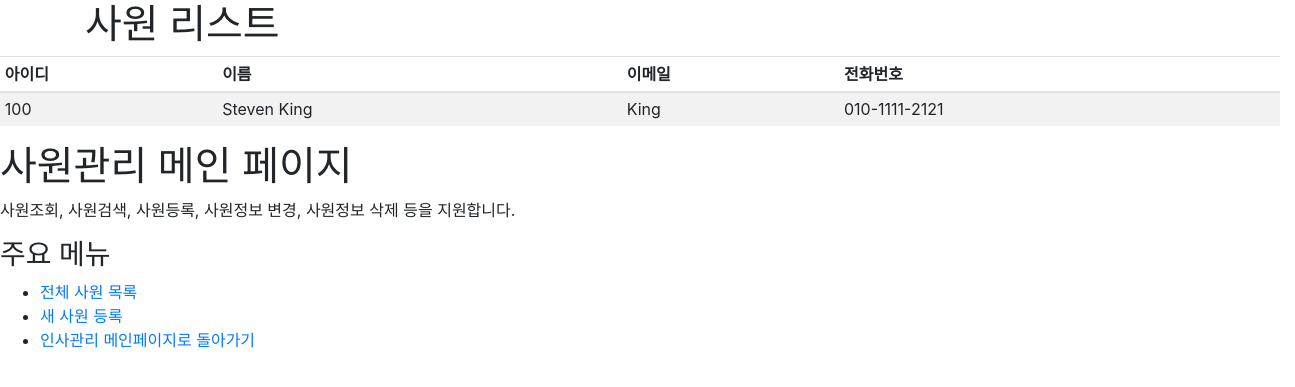
Repository: onuo77/ja_HTA
Page: http://localhost/sample/hr/emp/main.jsp
The author's editor kept a copy of each file at every save. The page is drawn from the files as they stood at one save, then again after the next save.
The browser window is 1280 px wide. The page is 1295 px wide, then 1280 px, so the pictures cover 1295 px, including what lies to the right of the window. The pictures show the whole page.
The page is served by Tomcat 9.

Above is the page before, as saved 2021-05-24 06:12:59.

After the next save:
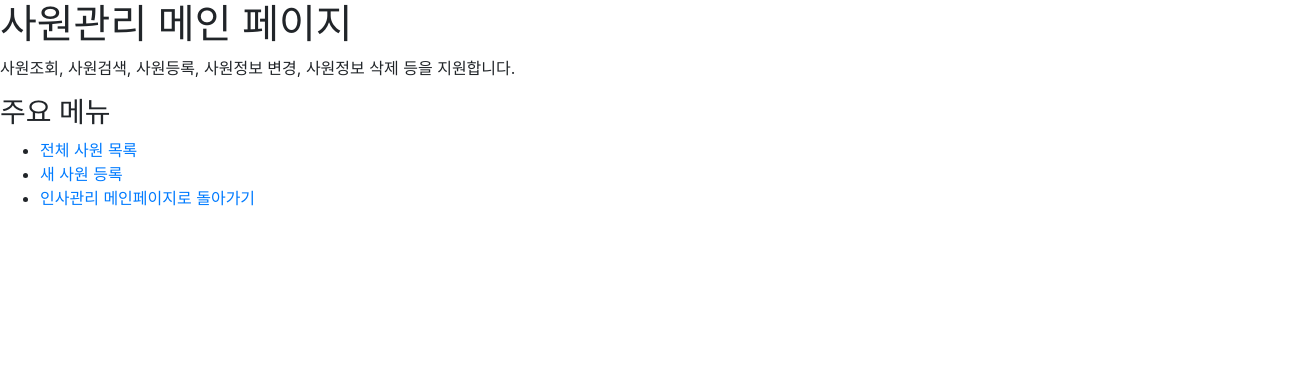
Saved 40 s later.
--- a/java-web/sample/src/main/webapp/hr/emp/main.jsp
+++ b/java-web/sample/src/main/webapp/hr/emp/main.jsp
@@ -9,35 +9,6 @@
 <title>인사관리 :: 사원관리</title>
 </head>
 <body>
-	<div class="container">
-		<div class="row">
-			<div class="col-12">
-				<h1>사원 리스트</h1>
-			</div>
-		</div>
-	</div>
-	<div class="row">
-		<div class="col-12">
-			<table class="table table-striped table-sm">
-				<thead>
-					<tr>
-						<th>아이디</th>
-						<th>이름</th>
-						<th>이메일</th>
-						<th>전화번호</th>
-					</tr>
-				</thead>
-				<tbody>
-					<tr>
-						<td>100</td>
-						<td>Steven King</td>
-						<td>King</td>
-						<td>010-1111-2121</td>
-					</tr>
-				</tbody>
-			</table>
-		</div>
-	</div>
 
 	<h1>사원관리 메인 페이지</h1>
 	<p>사원조회, 사원검색, 사원등록, 사원정보 변경, 사원정보 삭제 등을 지원합니다.</p>
